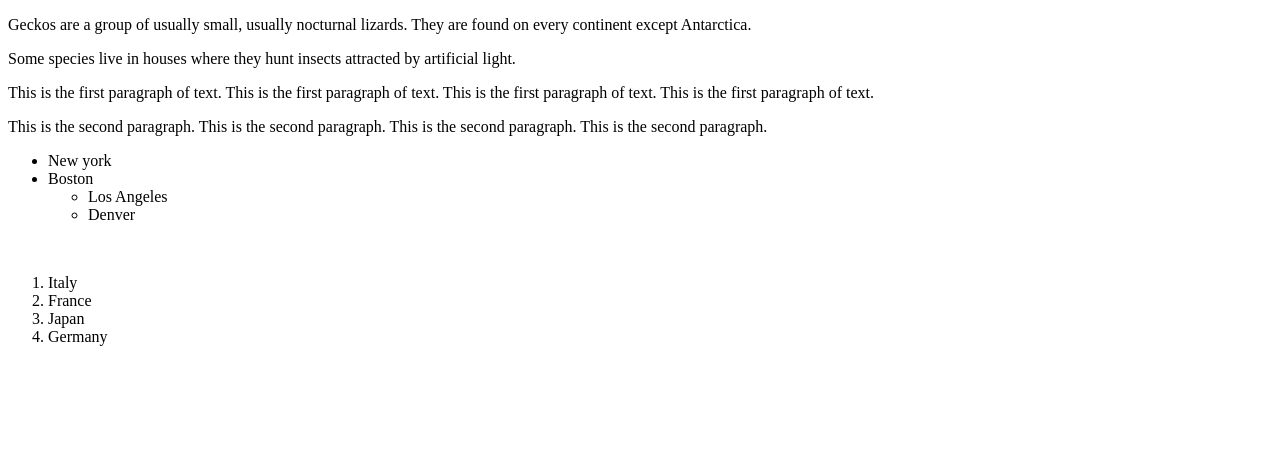
Repository: Bsharpenski/mini-movi-list
Page: html-excercise1/index.html
These files come from the project's save history. The page is drawn as it stood at one moment and after the next save; the edit follows.
The browser window is 1280 px wide. The pictures show the whole page.

Above is the page before, as saved 2025-01-28 18:10:02.

### html-excercise1/index.html
<!DOCTYPE html>
<html>
    <head>
        <title>
        </title>
    </head>
    <body>

        <p>
            Geckos are a group of usually small, usually nocturnal lizards. They are found on every continent except Antarctica.
          </p>

          <p>Some species live in houses where they hunt insects attracted by artificial light.</p>
          <p>
            This is the first paragraph of text. This is the first paragraph of text. This
            is the first paragraph of text. This is the first paragraph of text.
          </p>
          <p>
            This is the second paragraph. This is the second paragraph. This is the second
            paragraph. This is the second paragraph.
          </p>
          <ul>
            <li>New york</li>
            <li>
                Boston
                <ul>
                   <li> Los Angeles</li>
                   <li> Denver </li>
                </ul>
            </li>
          </ul>
          <br>
        <ol>
            <li>Italy</li>
            <li>France</li>
            <li>Japan</li>
            <li>Germany</li>
        </ol>


    </body>
</html>

After the next save:
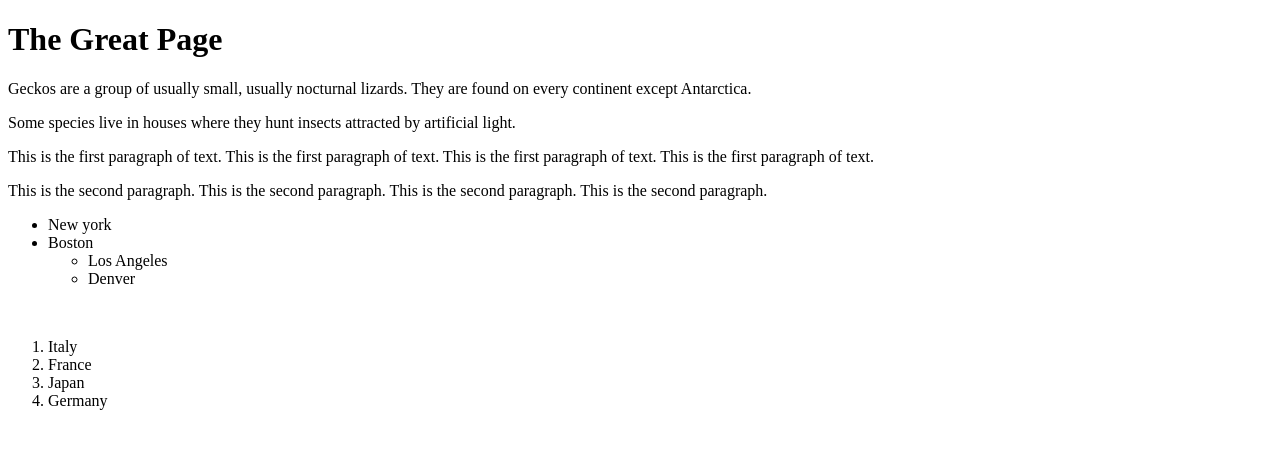
Saved 78 s later.
--- a/html-excercise1/index.html
+++ b/html-excercise1/index.html
@@ -5,6 +5,7 @@
         </title>
     </head>
     <body>
+        <h1>The Great Page</h1>
 
         <p>
             Geckos are a group of usually small, usually nocturnal lizards. They are found on every continent except Antarctica.
